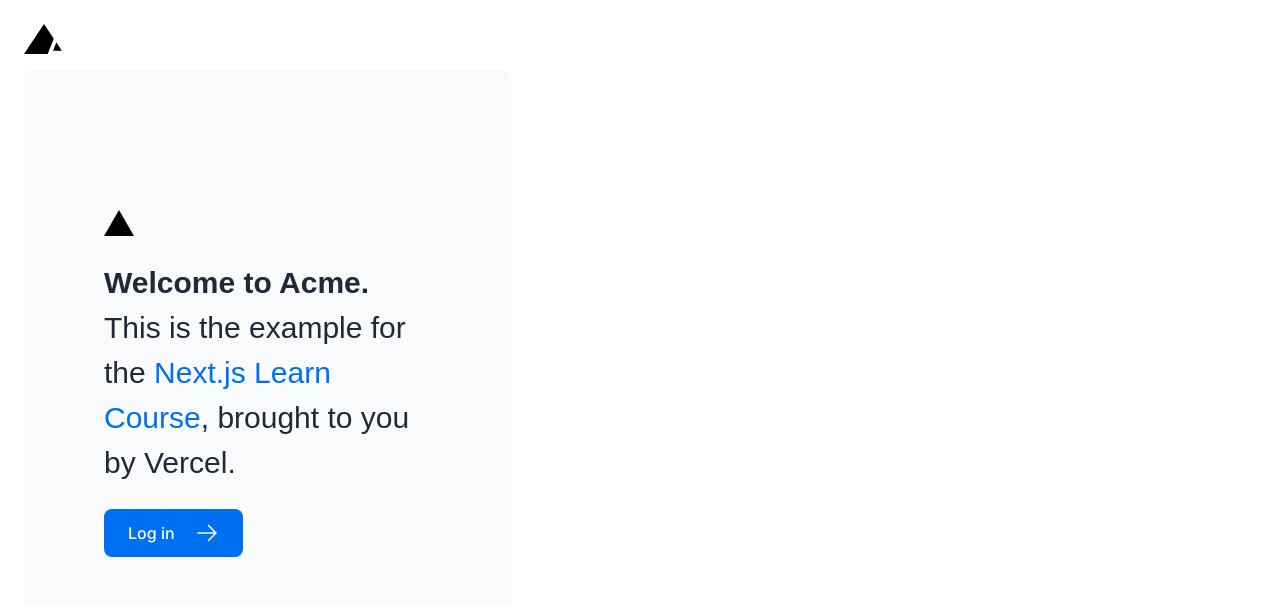
Repository: xnxnxnxn/nextjs-dashboard
Page: /
An editor plug-in stored every save of this project. The page is shown before and after the next save, followed by the edit.
The browser window is 1280 px wide. The pictures show the whole page.
Some web fonts or font styles are not loaded; a fallback is used. The project was rebuilt for these pictures with package versions that can differ from the ones it lists, and the page was loaded fresh each time. The framework's server and built-in components were replaced by stand-ins that run in the browser. Also part of the build but not shown: next.config.mjs.

Above is the page before, as saved 2024-08-14 16:27:53.

After the next save:
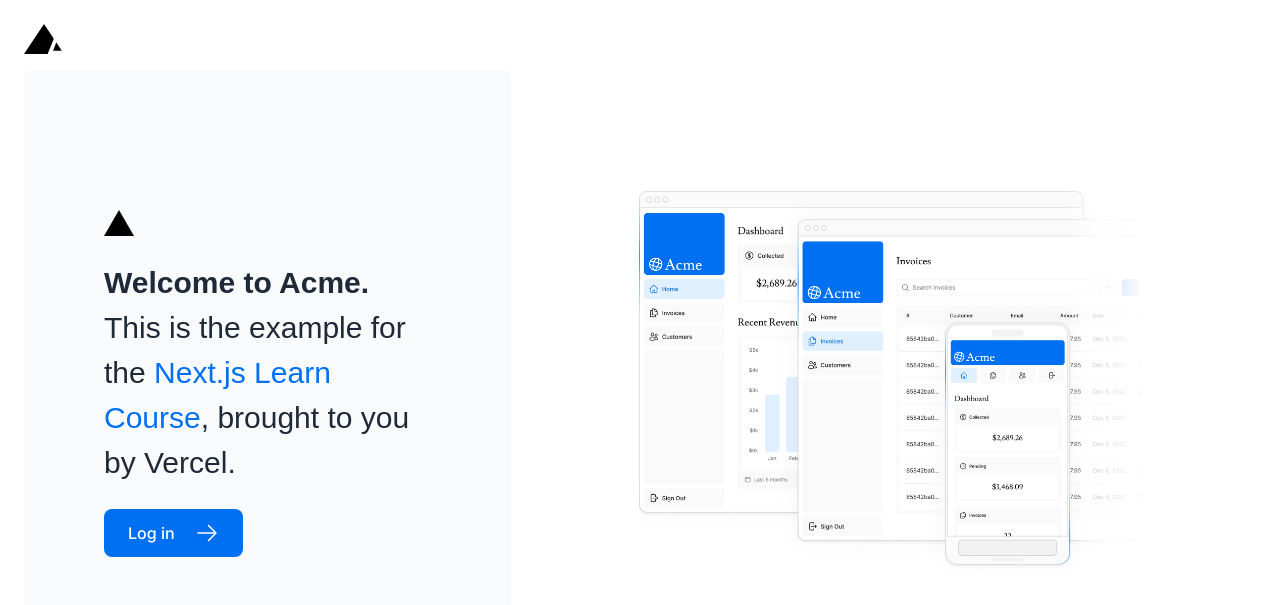
Saved 32 s later.
--- a/app/page.tsx
+++ b/app/page.tsx
@@ -26,7 +26,10 @@
             <span>Log in</span> <ArrowRightIcon className="w-5 md:w-6" />
           </Link>
         </div>
-        <div className="flex items-center justify-center p-6 md:w-3/5 md:px-28 md:py-12">{/* Add Hero Images Here */}</div>
+        <div className="flex items-center justify-center p-6 md:w-3/5 md:px-28 md:py-12">
+          {/* Add Hero Images Here */}
+          <Image src="/hero-desktop.png" width={1000} height={760} className="hidden md:block" alt="Screenshots of the dashboard project showing desktop version" />
+        </div>
       </div>
     </main>
   );
